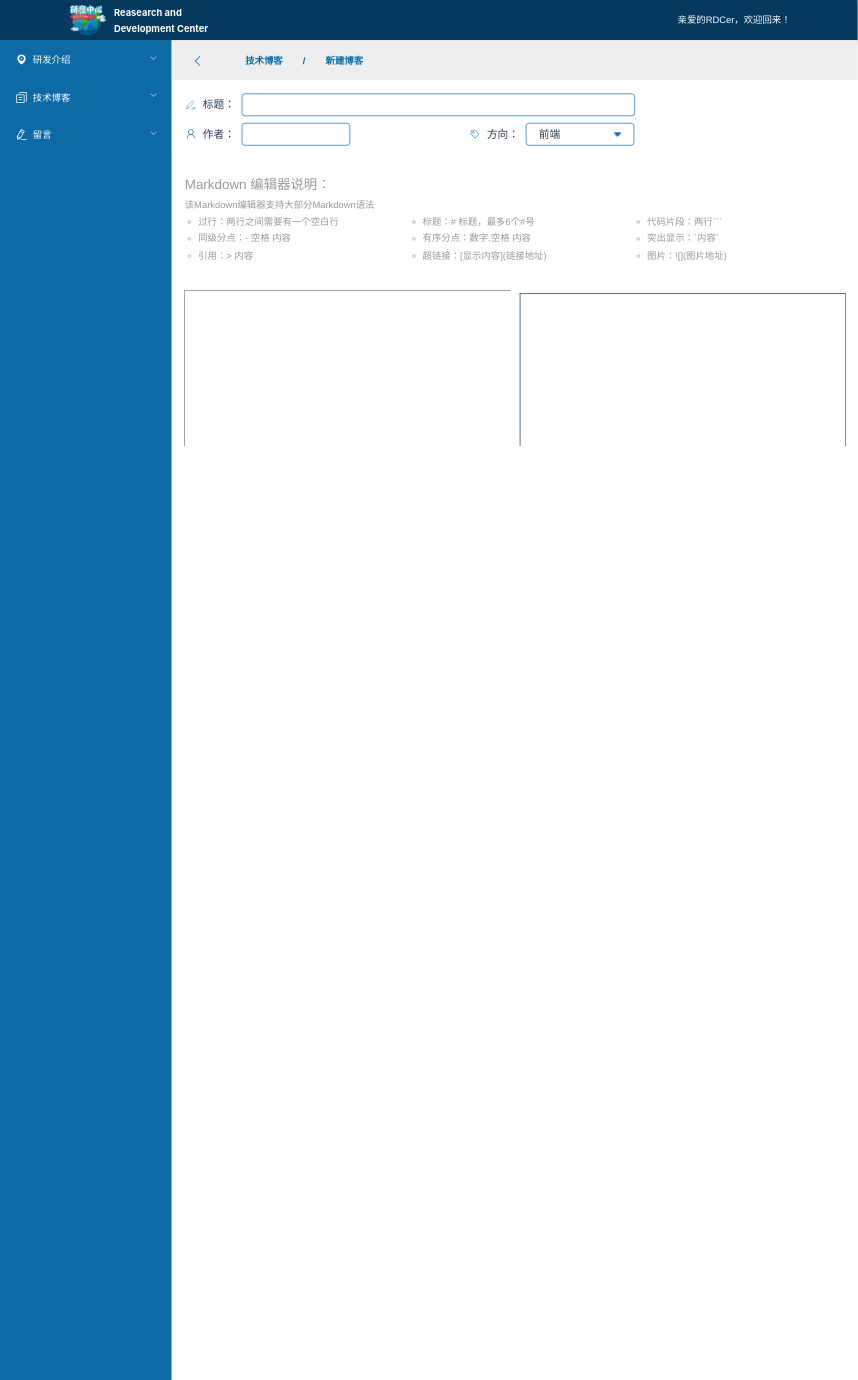
Repository: roger-hub/RDC-front-program
Page: /createblog
The author's editor kept a copy of each file at every save. The page is drawn from the files as they stood at one save, then again after the next save.
The browser window is 1280 px wide. The pictures show the whole page, at 67% of full size.
An inner scrolling area shows only its first screen. The project was rebuilt for these pictures with package versions that can differ from the ones it lists, and the page was loaded fresh each time. Also part of the build but not shown: vue.config.js, src/views/Home.vue, src/views/Login.vue, src/components/UnMessage.vue, src/views/CheckMessage.vue, src/components/PushComment.vue, src/components/ReplyArea.vue, src/components/EachMessage.vue and 1 more.

Above is the page before, as saved 2020-08-21 20:47:27.

After the next save:
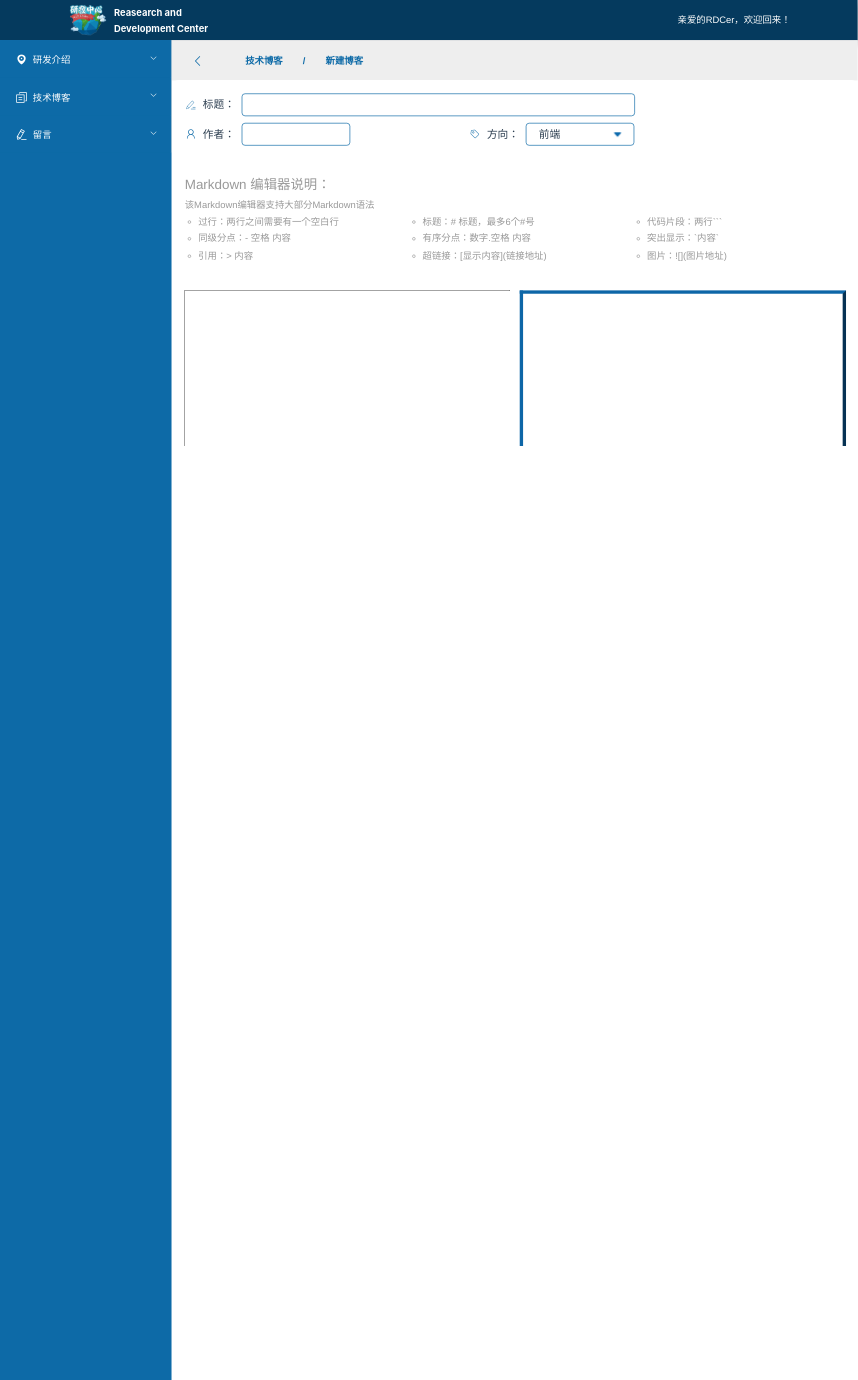
Saved 7 s later.
--- a/src/components/blogWrite/md.vue
+++ b/src/components/blogWrite/md.vue
@@ -159,7 +159,7 @@
         overflow-y: auto;
         padding: 0 10px;
         /* color: #eee; */
-        border: 1px inset  #0d66a7;
+        border: 5px outset  #0d66a7;
     }
 
 
